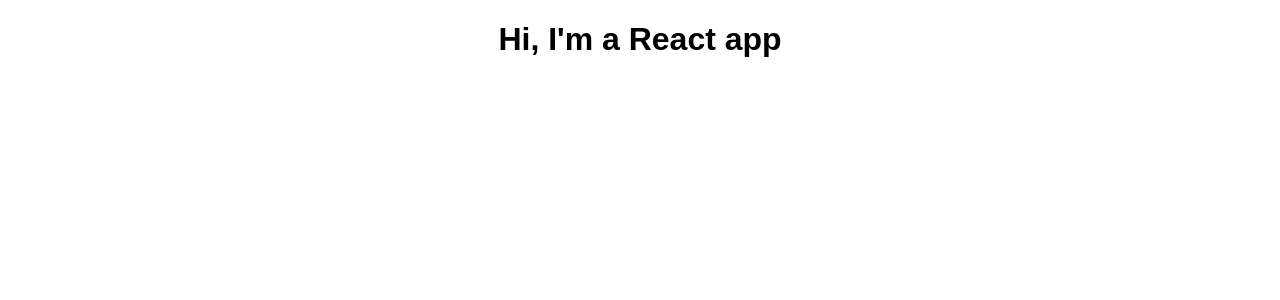
Repository: cristinadoroftei/FirstReactProject
Page: /
These files come from the project's save history. The page is drawn as it stood at one moment and after the next save; the edit follows.
The browser window is 1280 px wide. The pictures show the whole page.
The project was rebuilt for these pictures with package versions that can differ from the ones it lists, and the page was loaded fresh each time.

Above is the page before, as saved 2020-07-08 09:22:42.

After the next save:
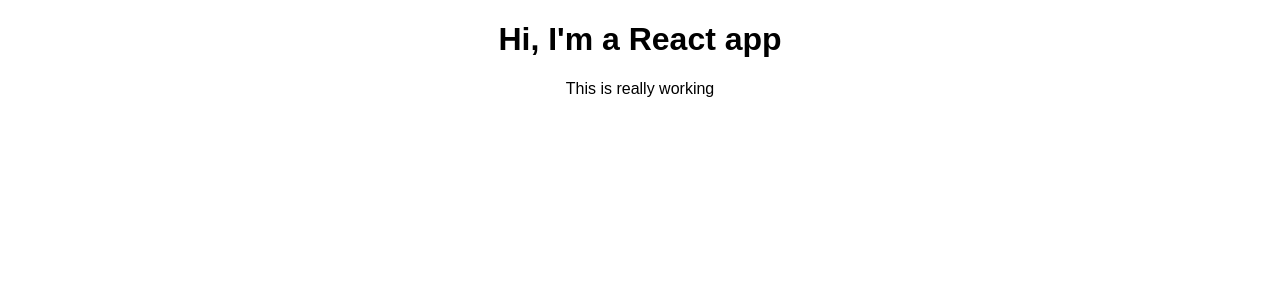
Saved 5 s later.
--- a/src/App.js
+++ b/src/App.js
@@ -8,7 +8,7 @@ class App extends Component {
     return (
       <div className="App">
         <h1>Hi, I'm a React app</h1>
-        <p></p>
+        <p>This is really working</p>
       </div>
     );
     // return React.createElement('div', null, React.createElement('h1', {className: 'App'}, 'Hi, Im a react app!') )
